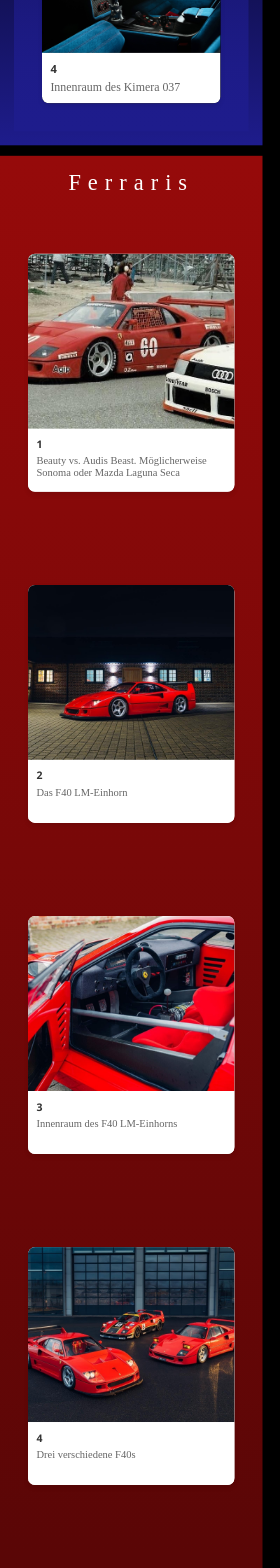
Repository: Johannes-Harald/martini-racing-fanclub
Page: /
The author's editor kept a copy of each file at every save. The page is drawn from the files as they stood at one save, then again after the next save.
The browser window is 375 px wide. The page is 400 px wide, so the pictures cover 400 px, including what lies to the right of the window. The pictures show the part of the page from y = 2102 to 4342 px (the page is 18312 px tall before and 18381 px after), at 70% of full size.
Some web fonts or font styles are not loaded; a fallback is used. The project was rebuilt for these pictures with package versions that can differ from the ones it lists, and the page was loaded fresh each time. Also part of the build but not shown: vite.config.js, src/components/Lightbox/Lightbox.css, src/components/Lightbox/Lightbox.jsx, src/components/TitleCards/TitleCards.jsx, src/pages/Videos/Videos.css, src/pages/Videos/Videos.jsx.

Above is the page before, as saved 2024-10-13 10:21:11.

After the next save:
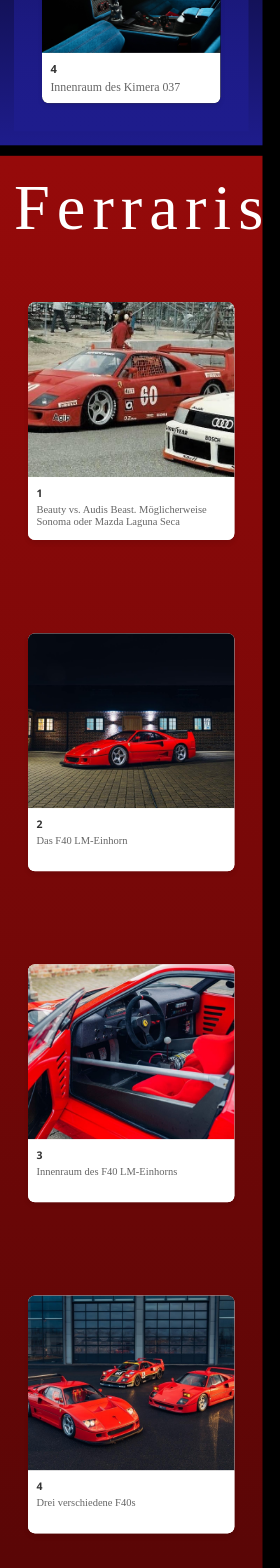
Saved 36 s later.
--- a/src/components/TitleCards/Ferrari.css
+++ b/src/components/TitleCards/Ferrari.css
@@ -74,7 +74,7 @@
 
     }
     .ferraris h2 {
-      font-size: 32px;
+      font-size: 92px;
     }
 
     .title-cards-info-ferrari {
